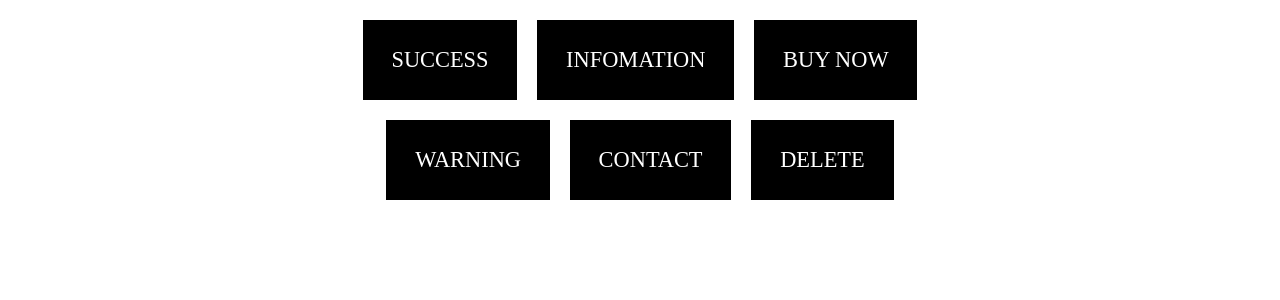
Repository: ThanhPhongsof/Css-Course
Page: index.html
An editor plug-in stored every save of this project. The page is shown before and after the next save, followed by the edit.
The browser window is 1280 px wide. The pictures show the whole page.

Above is the page before, as saved 2022-05-16 08:07:24.

After the next save:
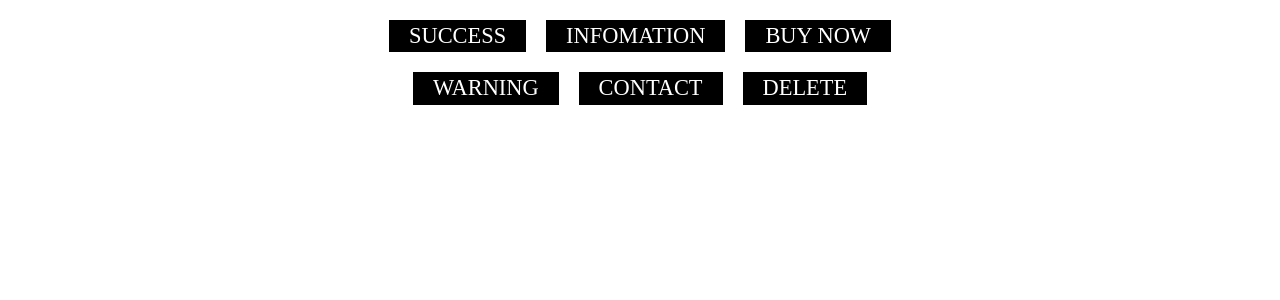
Saved 11 s later.
--- a/styles.css
+++ b/styles.css
@@ -12,7 +12,7 @@
   background: #000;
   color: white;
   font-size: 1.4rem;
-  padding: 1.8rem;
+  padding: 5px 20px;
   /* border-radius: 20px; */
 }
 
